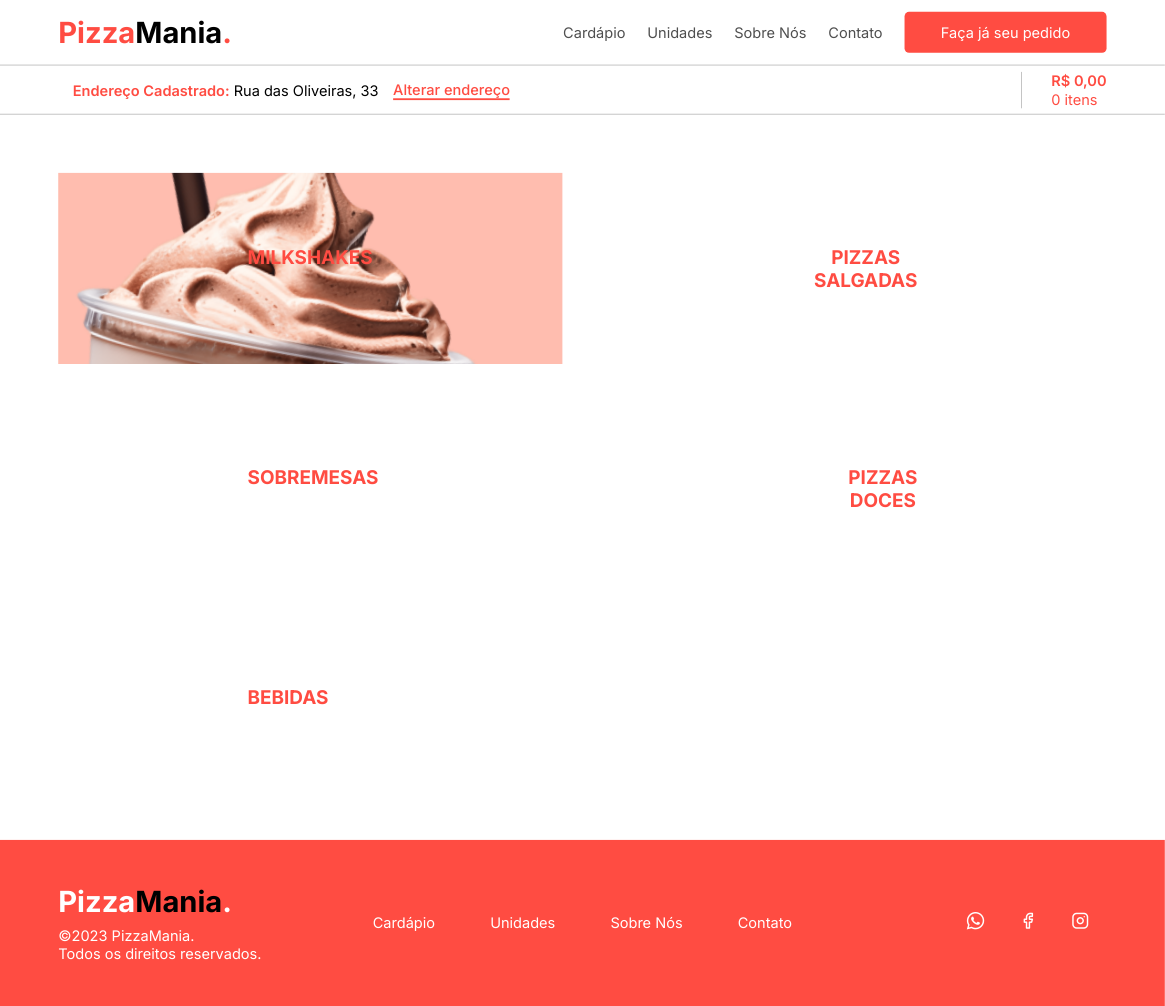
Repository: lucas-albuq/PizzaMania
Page: assets/pages/cardapio.html
An editor plug-in stored every save of this project. The page is shown before and after a run of saves, followed by the edit.
The browser window is 1280 px wide. The pictures show the whole page, at 91% of full size.
Some icons come from a web library that is not loaded, so they are not drawn. Some web libraries are served in a nearby version.

Above is the page before, as saved 2024-01-04 20:52:19.

After the next 3 saves:
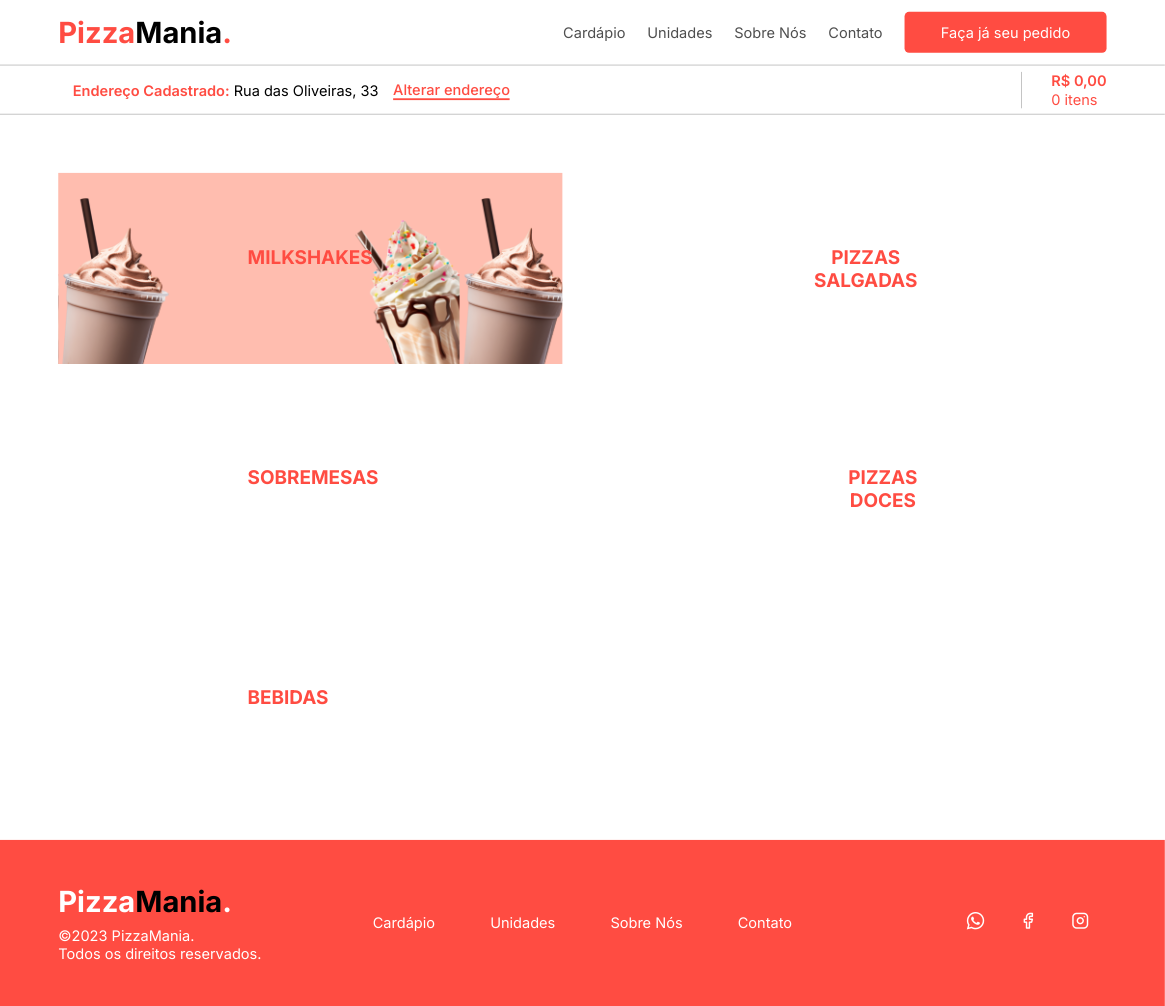
The 3 saves are shown as one change because they came seconds apart.
The last was saved 14 s later.
--- a/assets/css/pizzamania.css
+++ b/assets/css/pizzamania.css
@@ -389,5 +389,5 @@ footer .footer{
 }
 .categorias-cardapio .milkshakes{
   background-image: url("/assets/images/Milkshakes.png");
-  background-position: 0;
-}
+  background-size: contain;
+}
